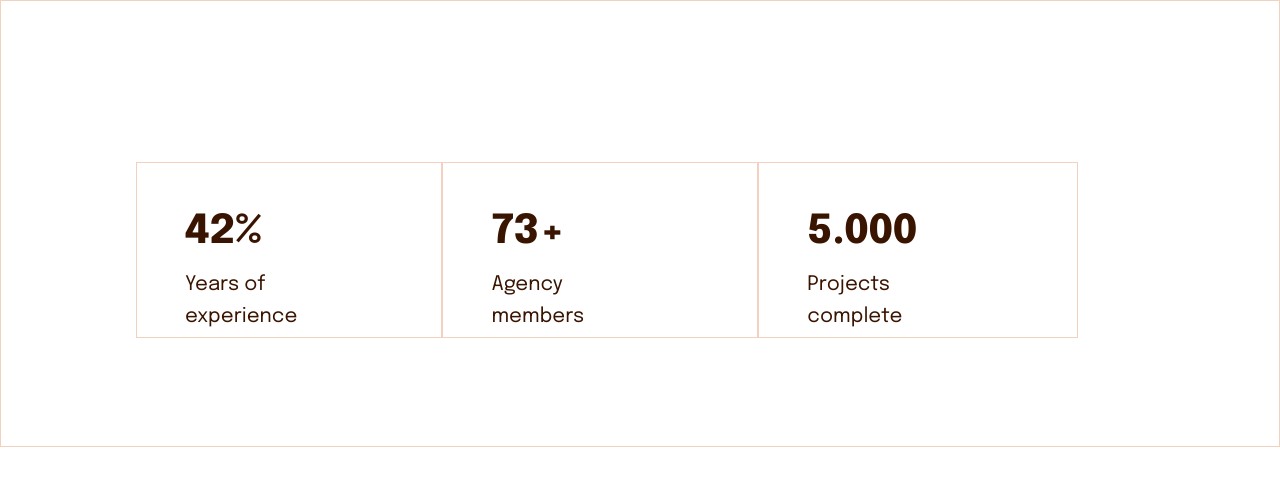
Repository: simralgasimov/task6
Page: index.html
The author's editor kept a copy of each file at every save. The page is drawn from the files as they stood at one save, then again after the next save.
The browser window is 1280 px wide. The pictures show the whole page.

Above is the page before, as saved 2023-08-30 13:05:58.

### index.html
<!DOCTYPE html>
<html lang="en">
<head>
    <meta charset="UTF-8">
    <meta name="viewport" content="width=device-width, initial-scale=1.0">
    <title>Document</title>
    <link rel="stylesheet" href="index.css">
</head>
<body>
<div class="contier">
<ul class="box">
    <li class="box-1"><h1>42%
    </h1>
    <p>Years of experience
    </p></li>
    <li class="box-2">
        <h1>73+
        </h1>
        <p>Agency members
        </p>
        <li class="box-3">
            <h1>5.000
            </h1>
            <p>Projects complete
            </p>
        </li>

    </li>


</ul>

</body>
</html>

### index.css
@import url('https://fonts.googleapis.com/css2?family=Epilogue:wght@400;800&display=swap');

*{
    margin: 0;
    padding: 0;
    box-sizing: border-box;
}

.contier{
    padding: 161px 131px 108px 135px;
border: 1px solid #F3D1BF;

}

.box{
    display: flex;
    width: 391px;
height: 176px;

}

.box .box-1{

    padding: 45px 144px 38px 48px;
    list-style: none;
border: 1px solid #F3D1BF;
}

.box .box-2{
    padding: 45px 173px 38px 48px;
    list-style: none;
    border: 1px solid #F3D1BF;
}

.box .box-3{
    padding: 45px 160px 38px 48px;
    list-style: none;
    border: 1px solid #F3D1BF;
}

.box h1{
    margin-bottom: 13px;
    color: var(--text-dark, #391400);
font-feature-settings: 'clig' off, 'liga' off;


font-family: Epilogue;
font-size: 40px;
font-style: normal;
font-weight: 800;
line-height: 48px;
}

.box ,.box-1 p{

    color: var(--text-dark, #391400);
font-feature-settings: 'clig' off, 'liga' off;
font-family: Epilogue;
font-size: 20px;
font-style: normal;
font-weight: 400;
line-height: 32px;
}

After the next save:
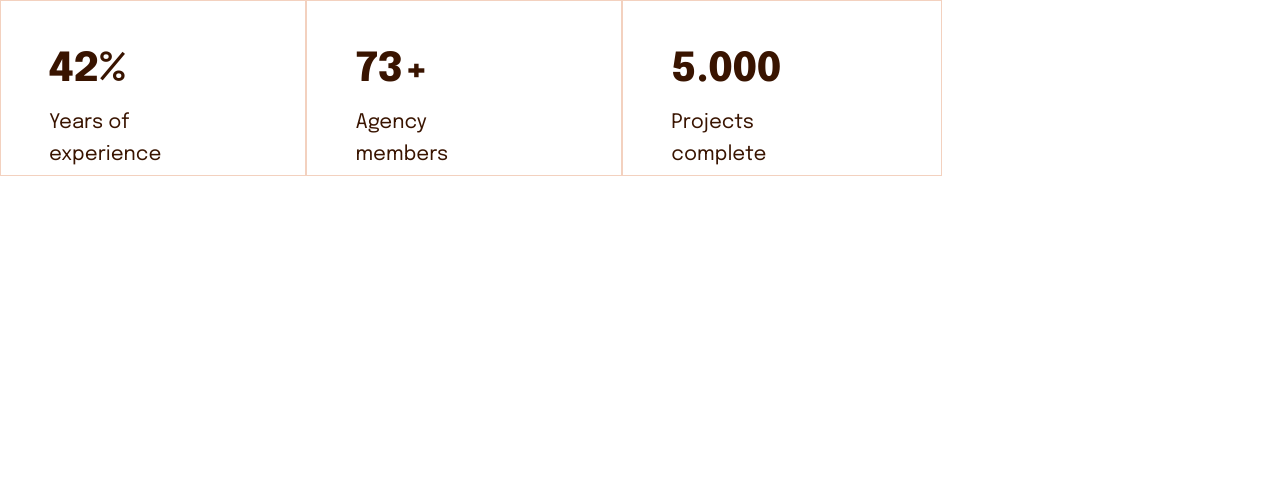
Saved 42 s later.
--- a/index.html
+++ b/index.html
@@ -7,7 +7,7 @@
     <link rel="stylesheet" href="index.css">
 </head>
 <body>
-<div class="contier">
+<div class="continer">
 <ul class="box">
     <li class="box-1"><h1>42%
     </h1>

After the 2 saves that followed:
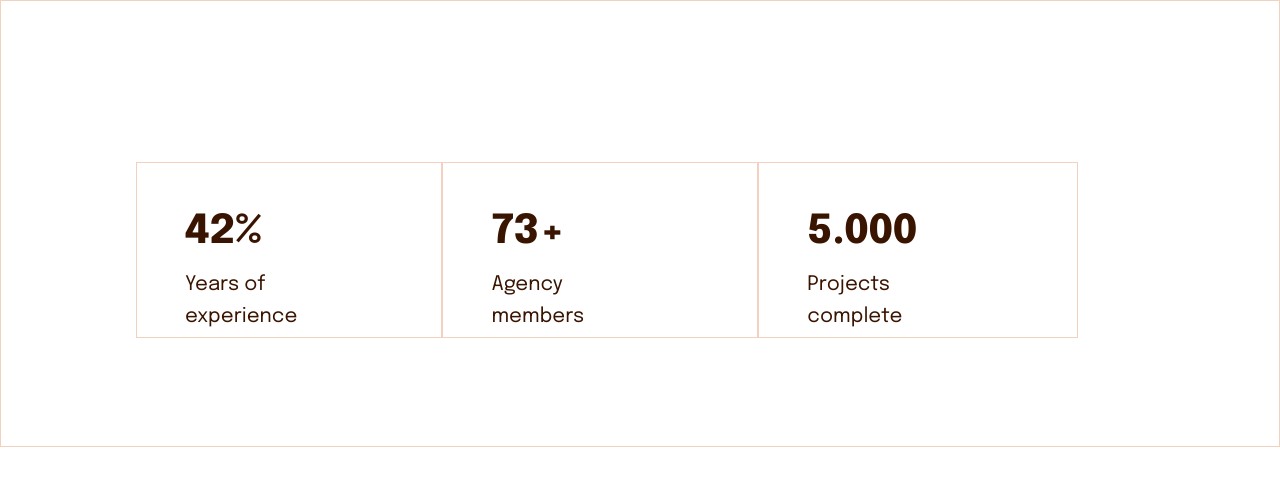
The 2 saves are shown as one change because 1 left the picture as it was.
The last was saved 76 s later.
--- a/index.css
+++ b/index.css
@@ -1,63 +1,59 @@
-@import url('https://fonts.googleapis.com/css2?family=Epilogue:wght@400;800&display=swap');
+@import url("https://fonts.googleapis.com/css2?family=Epilogue:wght@400;800&display=swap");
 
-*{
-    margin: 0;
-    padding: 0;
-    box-sizing: border-box;
+* {
+  margin: 0;
+  padding: 0;
+  box-sizing: border-box;
 }
 
-.contier{
-    padding: 161px 131px 108px 135px;
-border: 1px solid #F3D1BF;
-
+.continer {
+  padding: 161px 131px 108px 135px;
+  border: 1px solid #f3d1bf;
 }
 
-.box{
-    display: flex;
-    width: 391px;
-height: 176px;
-
+.box {
+  display: flex;
+  width: 391px;
+  height: 176px;
 }
 
-.box .box-1{
-
-    padding: 45px 144px 38px 48px;
-    list-style: none;
-border: 1px solid #F3D1BF;
+.box .box-1 {
+  padding: 45px 144px 38px 48px;
+  list-style: none;
+  border: 1px solid #f3d1bf;
 }
 
-.box .box-2{
-    padding: 45px 173px 38px 48px;
-    list-style: none;
-    border: 1px solid #F3D1BF;
+.box .box-2 {
+  padding: 45px 173px 38px 48px;
+  list-style: none;
+  border: 1px solid #f3d1bf;
 }
 
-.box .box-3{
-    padding: 45px 160px 38px 48px;
-    list-style: none;
-    border: 1px solid #F3D1BF;
+.box .box-3 {
+  padding: 45px 160px 38px 48px;
+  list-style: none;
+  border: 1px solid #f3d1bf;
 }
 
-.box h1{
-    margin-bottom: 13px;
-    color: var(--text-dark, #391400);
-font-feature-settings: 'clig' off, 'liga' off;
+.box h1 {
+  margin-bottom: 13px;
+  color: var(--text-dark, #391400);
+  font-feature-settings: "clig" off, "liga" off;
 
-
-font-family: Epilogue;
-font-size: 40px;
-font-style: normal;
-font-weight: 800;
-line-height: 48px;
+  font-family: Epilogue;
+  font-size: 40px;
+  font-style: normal;
+  font-weight: 800;
+  line-height: 48px;
 }
 
-.box ,.box-1 p{
-
-    color: var(--text-dark, #391400);
-font-feature-settings: 'clig' off, 'liga' off;
-font-family: Epilogue;
-font-size: 20px;
-font-style: normal;
-font-weight: 400;
-line-height: 32px;
+.box,
+.box-1 p {
+  color: var(--text-dark, #391400);
+  font-feature-settings: "clig" off, "liga" off;
+  font-family: Epilogue;
+  font-size: 20px;
+  font-style: normal;
+  font-weight: 400;
+  line-height: 32px;
 }
